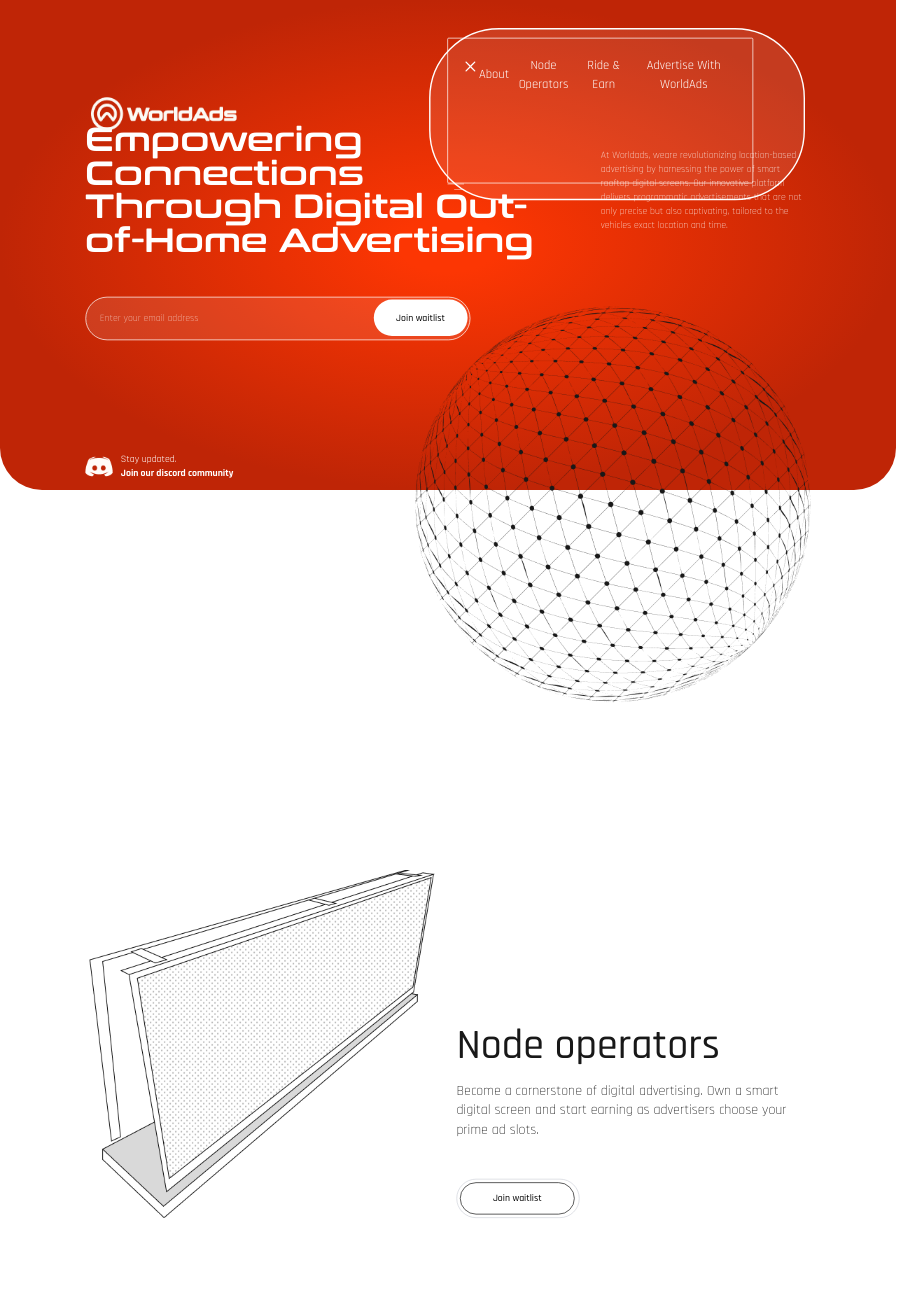
Repository: Abdul-Hannan232/worldAds
Page: /
An editor plug-in stored every save of this project. The page is shown before and after a run of saves, followed by the edit.
The browser window is 1280 px wide. The page is 1283 px wide, so the pictures cover 1283 px, including what lies to the right of the window. The pictures show the part of the page from y = 0 to 1880 px (the page is 3879 px tall), at 70% of full size.
The project was rebuilt for these pictures with package versions that can differ from the ones it lists, and the page was loaded fresh each time. The framework's server and built-in components were replaced by stand-ins that run in the browser. Also part of the build but not shown: next.config.mjs, app/component/NavContent.jsx.

Above is the page before, as saved 2024-05-10 22:26:05.

After the next 2 saves:
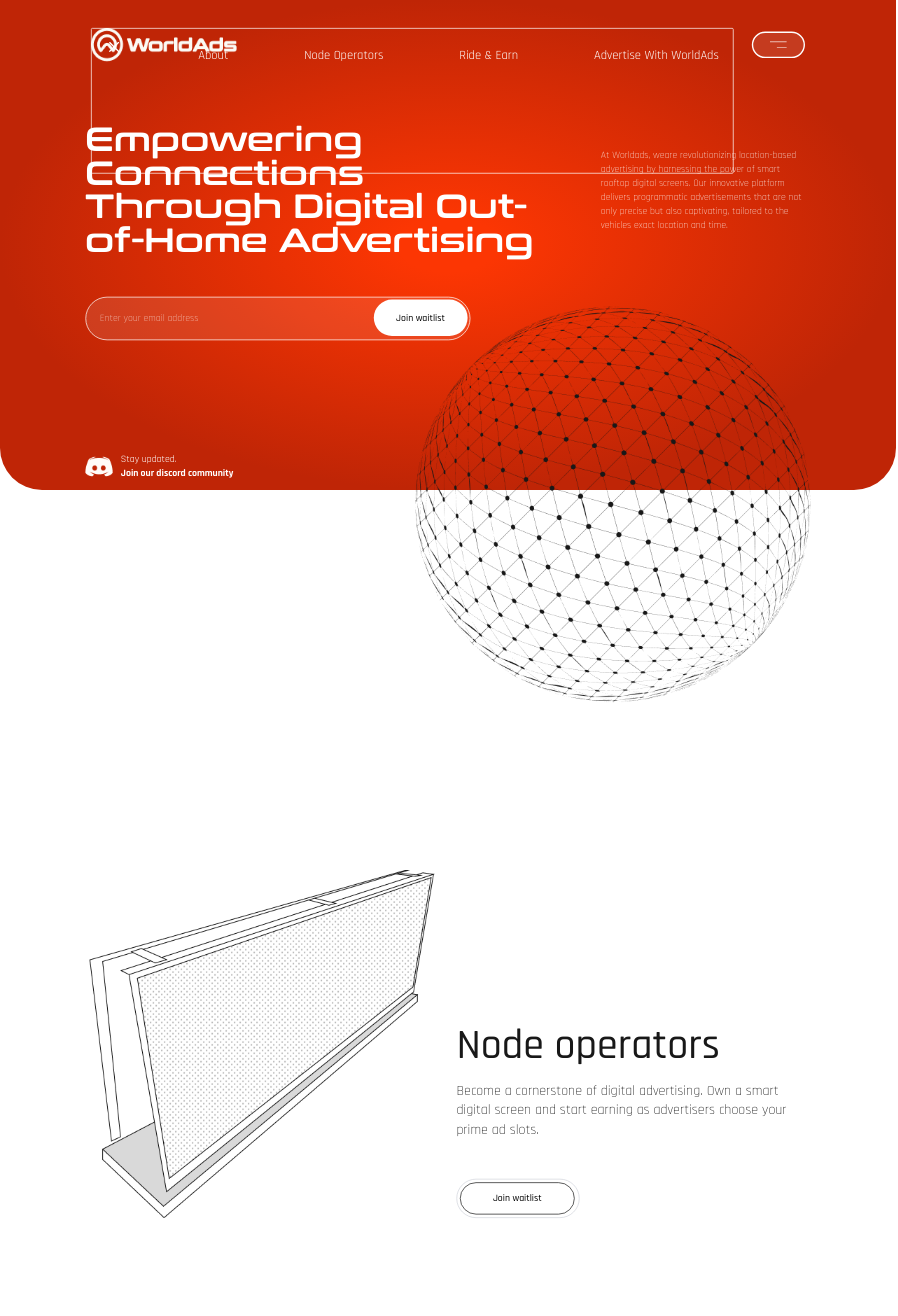
The 2 saves are shown as one change because they came seconds apart.
The last was saved 22 s later.
--- a/app/component/Header.jsx
+++ b/app/component/Header.jsx
@@ -54,7 +54,7 @@ const Header = () => {
                     type="button"
                     onClick={dropDownOpen}
                 >
-                    <div className='w-[90%] border border-white rounded-sm h-52'>
+                    <div className='w-[90%] absolute top-0 right-0 left-0 border border-white rounded-sm h-52'>
                         <ul className="px-5 flex items-center space-y-6 text-center text-lg text-white justify-between">
                             <li><RxCross2 className="text-2xl font-bold" /></li>
                             <li><a href="#">About</a></li>
